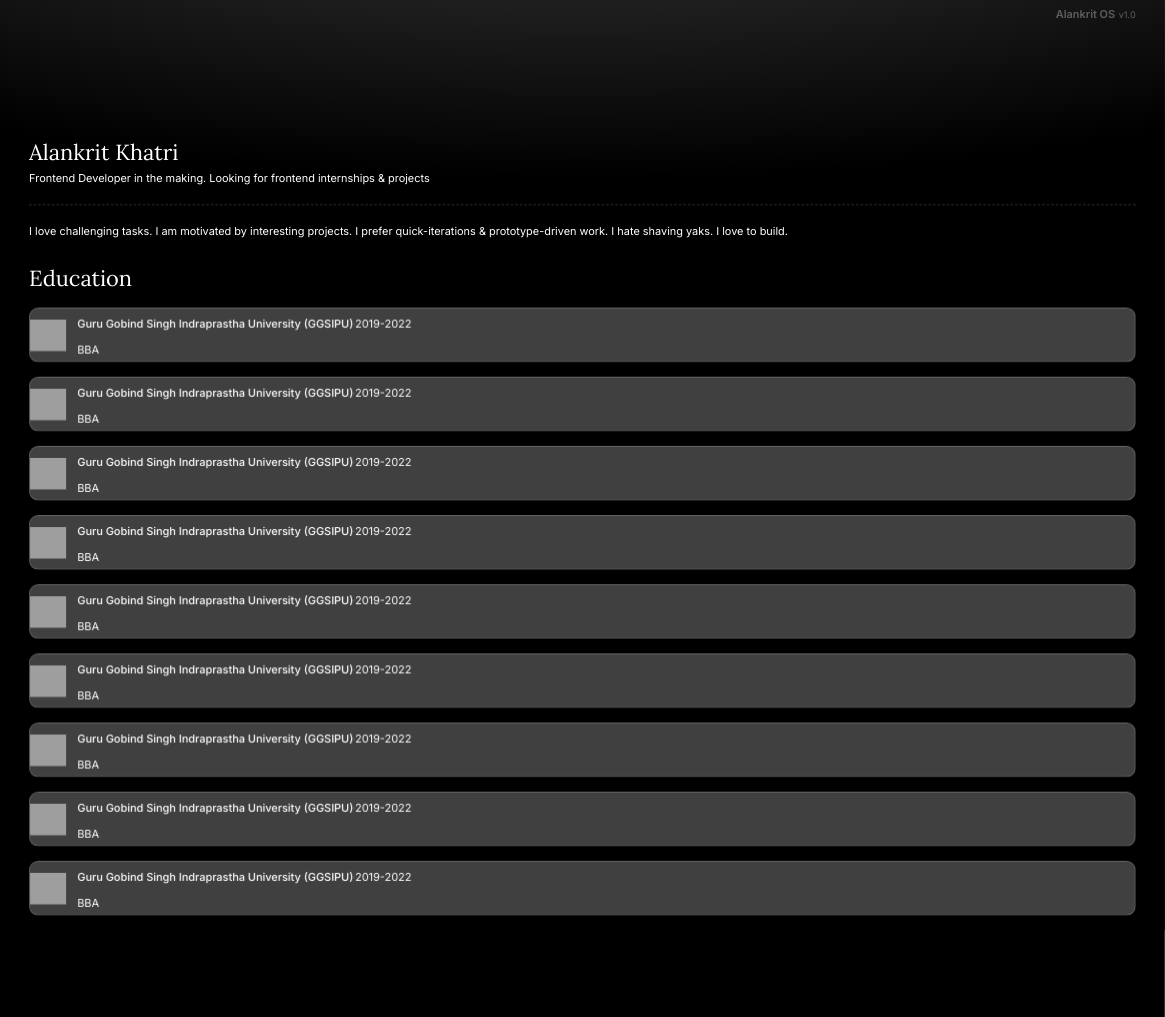
Repository: alankritkhatri/alankrit.xyz
Page: /
The author's editor kept a copy of each file at every save. The page is drawn from the files as they stood at one save, then again after the next save.
The browser window is 1280 px wide. The pictures show the whole page, at 91% of full size.
Pictures or frames that could not be fetched are drawn as grey boxes. The project was rebuilt for these pictures with package versions that can differ from the ones it lists, and the page was loaded fresh each time. Also part of the build but not shown: vite.config.js, src/blog.jsx.

Above is the page before, as saved 2024-08-11 21:08:28.

After the next save:
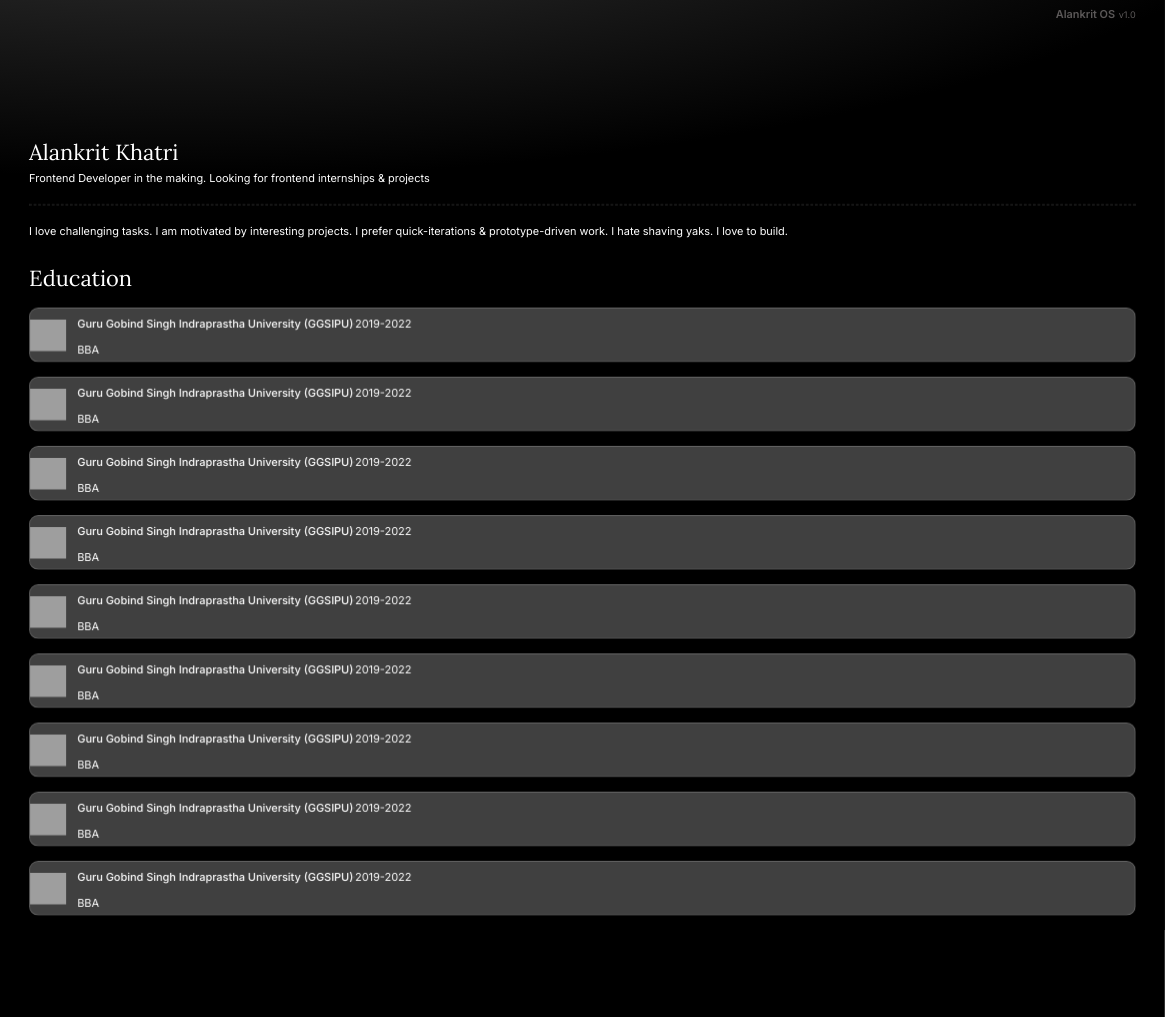
Saved 8 s later.
--- a/src/App.css
+++ b/src/App.css
@@ -7,7 +7,7 @@
 
 body,html{
   min-height: 100vh;
-background: radial-gradient(100% 400px at 50% -20%, #404040, #000000)
+background: radial-gradient(100% 400px at 200px -20%, #404040, #000000)
 }
 .main {
 
